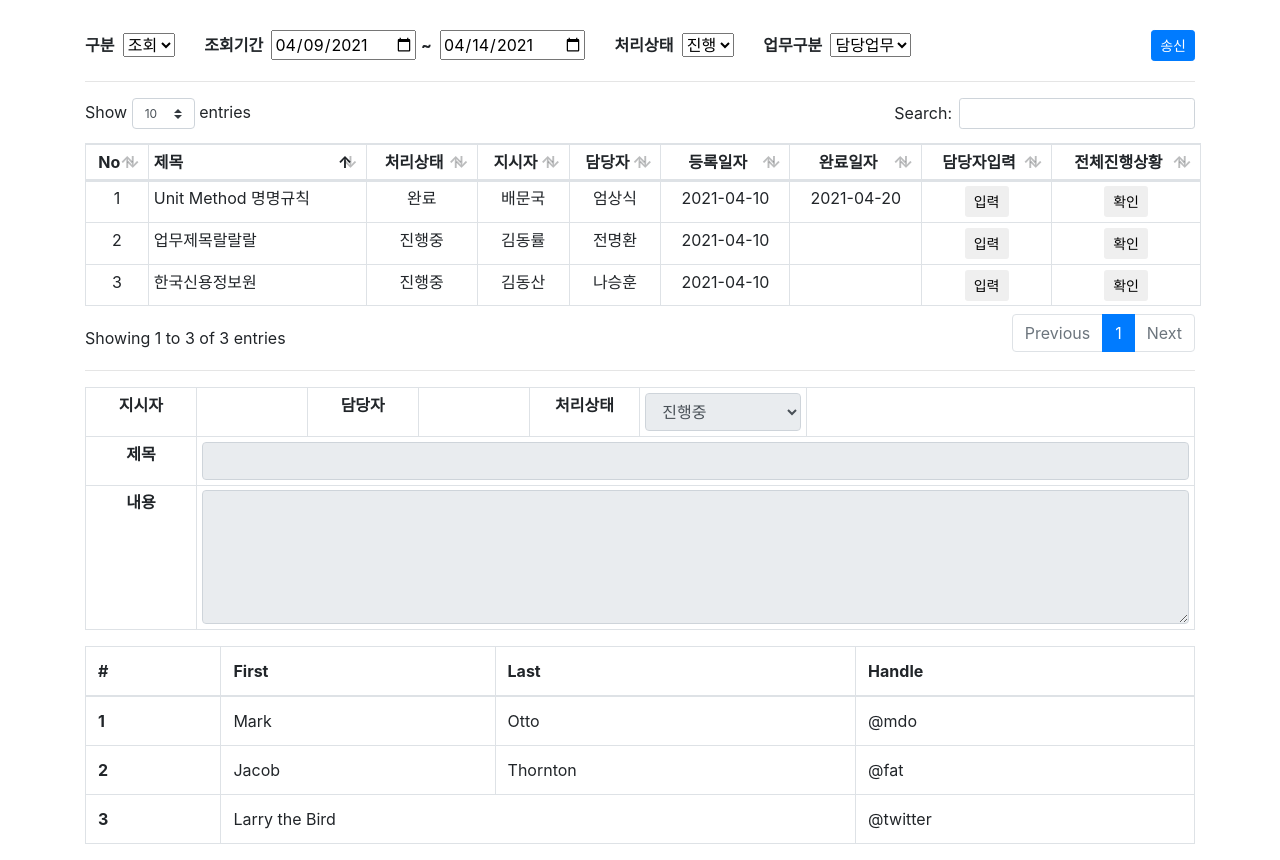
Repository: jungtaeyong/FSB_Project
Page: http://localhost/FsbJobMgt/main.jsp
The author's editor kept a copy of each file at every save. The page is drawn from the files as they stood at one save, then again after the next save.
The browser window is 1280 px wide. The pictures show the whole page.
The page is served by Tomcat 9.

Above is the page before, as saved 2021-04-16 03:39:10.

### FsbJobMgt/WebContent/main.jsp
<%@ page language="java" contentType="text/html; charset=EUC-KR" pageEncoding="EUC-KR"%>
<%@ include file="/modal1_Adding.jsp" %>

<!DOCTYPE html PUBLIC "-//W3C//DTD HTML 4.01 Transitional//EN" "http://www.w3.org/TR/html4/loose.dtd">
<html>
<head>
<meta http-equiv="Content-Type" content="text/html; charset=EUC-KR">
<title>업무 관리</title>
</head>
<body>
<!-- jquery  -->
<script type="text/javascript" src="js/jquery-3.6.0.min.js"></script>

<!-- bootstrap -->
<link rel="stylesheet" type="text/css" href="lib/Bootstrap-4-4.1.1/css/bootstrap.min.css"/>
<script type="text/javascript" src="lib/Bootstrap-4-4.1.1/js/bootstrap.min.js"></script>

<!-- datatables -->
<link rel="stylesheet" type="text/css" href="lib/DataTables-1.10.24/css/dataTables.bootstrap4.min.css"/>
<script type="text/javascript" src="lib/DataTables-1.10.24/js/jquery.dataTables.min.js"></script>
<script type="text/javascript" src="lib/DataTables-1.10.24/js/dataTables.bootstrap4.min.js"></script>
<script>
$(document).ready(function() {
	/* 초기 조회 조건 세팅 */
	$('#REQUEST_TYPE').val('1'); //구분
	$('#BZWR_STS').val('01'); //처리상태
	$('#BZWR_DSTC').val('2'); //업무구분

	let befor7days= new Date();
	befor7days.setDate(befor7days.getDate()-5);
	document.getElementById('FROM_DATE').valueAsDate = befor7days; //FROM_DATE
	document.getElementById('TO_DATE').valueAsDate = new Date(); //TO_DATE

	/* 테이블 초기 로딩 */
	setTable();

	/* 송신버튼 */
	$('#action_submit').click(function(){
		let dvcd = $('#REQUEST_TYPE').val();
		if(dvcd=='1'){
			alert('조회');
			setTable();
		}else if(dvcd=='2'){
			alert('등록');
			createNewJob();
		}else if(dvcd=='3'){
			alert('변경');
			updateJob();
		}
	});

	/* 구분 변경 이벤트 처리 */
	$('#REQUEST_TYPE').change(function() {
		let dvcd = $('#REQUEST_TYPE').val();
		if(dvcd=='1'){
			$('#BZWR_EXC_CHGR_BTN').hide();
			$('#BZWR_STS_2').attr("disabled",true);
			$('#BZWR_TTL').attr("disabled",true);
			$('#BZWR_CNTN').attr("disabled",true);
		}else if(dvcd=='2'){
			$('#BZWR_INDC_CHGR').text('로그인 유저');
			$('#BZWR_EXC_CHGR').text('');
			$('#BZWR_EXC_CHGR_BTN').show();
			$('#BZWR_STS_2').attr("disabled",true);
			$('#BZWR_TTL').val("");
			$('#BZWR_CNTN').val("");
			$('#BZWR_TTL').removeAttr("disabled");
			$('#BZWR_CNTN').removeAttr("disabled");
		}else if(dvcd=='3'){
			$('#BZWR_EXC_CHGR_BTN').show();
			$('#BZWR_STS_2').removeAttr("disabled");
			$('#BZWR_TTL').removeAttr("disabled");
			$('#BZWR_CNTN').removeAttr("disabled");
			alert('변경할 데이터를 선택해주세요.');
		}
	});

} );

/* 테이블 데이터 로딩 및 기능 세팅 */
function setTable(){
	/* 테이블 데이터 로딩 */
	let jobList = $('#job_list').DataTable( {
        ajax : {
        	url : 'lib/testJson2.json',
        	data : {
        		REQUEST_TYPE:$('#REQUEST_TYPE').val(),
        		FROM_DATE:$('#FROM_DATE').val(),
        		TO_DATE:$('#TO_DATE').val(),
        		BZWR_STS:$('#BZWR_STS').val(),
        		BZWR_DSTC:$('#BZWR_DSTC').val()
        	}
        },
        columns : [
			{data: null },
			{data: "BZWR_TTL" },
            {data: "BZWR_STS", render : function ( data, type, row, meta ) {
            	if(data=="01"){
            		return '진행중';
            	}else if(data=="02"){
            		return '완료';
            	}
            }},
            {data: "BZWR_INDC_CHGR_TXT" },
            {data: "BZWR_EXC_CHGR_TXT" },
            {data: "BZWR_REG_DT" },
            {data: "BZWR_CMPL_DT" },
            {data: null , render : function ( data, type, row, meta ) {
                return '<button name="first_btn" class="btn btn-sm btn-default">입력</button>'
            }},
            {data: null , render : function ( data, type, row, meta ) {
                return '<button name="second_btn" class="btn btn-sm btn-default">확인</button>'
            }}
        ],
        columnDefs: [{ className: 'text-center', targets: [0,2,3,4,5,6,7,8] }],
        order: [[ 1, 'asc' ]]
    } );

	/* 테이블 Index 생성을 위한 함수 */
	jobList.on( 'order.dt search.dt', function () {
		jobList.column(0, {search:'applied', order:'applied'}).nodes().each( function (cell, i) {
            cell.innerHTML = i+1;
        } );
    } ).draw();

	/* 테이블 클릭 이벤트  -> 클릭한 row에 해당하는 데이터를 상세 정보에 보여줌*/
	$('#job_list tbody').on('click', 'td:nth-child(-n+7)', function () {
		let data = jobList.row( this ).data();
        console.log('Table Click Event',data);

		if($('#REQUEST_TYPE').val()!='2'){ //"구분-등록" 상태면 반응 없음.
	        $('#BZWR_INDC_CHGR').text(data.BZWR_INDC_CHGR_TXT); //지시자
	        $('#BZWR_EXC_CHGR').text(data.BZWR_EXC_CHGR_TXT); //담당자
	        $('#BZWR_STS_2').val(data.BZWR_STS); //처리상태(업무상태)
	        $('#BZWR_TTL').val(data.BZWR_TTL); //제목
	        $('#BZWR_CNTN').val(data.BZWR_CNTN); //내용
	        if($('#REQUEST_TYPE').val()=='1' || data.BZWR_STS=='02'){
	        	$('#BZWR_EXC_CHGR_BTN').hide();
				$('#BZWR_STS_2').attr("disabled",true);
				$('#BZWR_TTL').attr("disabled",true);
				$('#BZWR_CNTN').attr("disabled",true);
	        }else{
	        	$('#BZWR_EXC_CHGR_BTN').show();
				$('#BZWR_STS_2').removeAttr("disabled");
				$('#BZWR_TTL').removeAttr("disabled");
				$('#BZWR_CNTN').removeAttr("disabled");
	        }
		}
    } );

	/* 선택된  row 하이라이트 */
	$('#job_list tbody').on('click', 'tr', function() {
		$('#job_list tbody > tr').css('background-color','#ffffff');
		$(this).css('background-color','#f0f5f5');
	});

	/* 테이블 버튼 이벤트(담당자입력) */
	$('#job_list tbody').on( 'click', 'button[name="first_btn"]', function () {
        let data = jobList.row( $(this).parents('tr') ).data();
		//console.log("First Button",data);
		setData(data); //모달 페이지로 데이터를 전달하기 위한 함수
		$('#exampleModal').modal();
    } );

	/* 테이블 버튼 이벤트(전체진행상황) */
	$('#job_list tbody').on( 'click', 'button[name="second_btn"]', function () {
        let data = jobList.row( $(this).parents('tr') ).data();
		//console.log("Second Button",data);
        setData(data); //모달 페이지로 데이터를 전달하기 위한 함수
		$('#exampleModalCenter').modal();
    } );
}

/* 등록 */
function createNewJob(){
	$.ajax({
		url:'',
		dataType:'application/json',
		data : {
			REQUEST_TYPE:$('#REQUEST_TYPE').val(), //구분(조회,등록,변경)
			BZWR_DSTC:$('#BZWR_DSTC').val(), //업무구분
			BZWR_INDC_CHGR:'로그인 유저', //업무지시담당자
			BZWR_EXC_CHGR:'담당자', //업무수행담당자
			BZWR_STS:'1', //업무상태 (등록 시 진행으로 세팅)
			BZWR_TTL:$('#BZWR_TTL').val(), //업무제목
			BZWR_CNTN:$('#BZWR_CNTN').val() //업무내용
		},
		success:function(data){
			alert('등록 되었습니다.');
	   }
	})
}

/* 변경 */
function updateJob(){
	$.ajax({
		url:'',
		dataType:'application/json',
		data : {
			REQUEST_TYPE:$('#REQUEST_TYPE').val(), //구분(조회,등록,변경)
			BZWR_DSTC:$('#BZWR_DSTC').val(), //업무구분
			BZWR_EXC_CHGR:'담당자', //업무수행담당자
			BZWR_STS:$('#BZWR_STS_2').val(), //업무상태
			BZWR_TTL:$('#BZWR_TTL').val(), //업무제목
			BZWR_CNTN:$('#BZWR_CNTN').val() //업무내용
		},
		success:function(data){
			alert('변경 되었습니다.');
	   }
	})
}

</script>
<div class="container" style="margin-top:30px">
	<!-- 조회 조건 -->
	<div>
		<div>
			<label style="font-weight:bold;">구분&nbsp;</label>
			<select id="REQUEST_TYPE" style="margin-right:25px">
			    <option value="1">조회</option>
			    <option value="2">등록</option>
			    <option value="3">변경</option>
			</select>
			<label style="font-weight:bold">조회기간&nbsp;</label>
			<input type="date" id="FROM_DATE" style="width:145px" value=""/>
			<label style="font-weight:bold">~&nbsp;</label>
			<input type="date" id="TO_DATE" value=""  style="margin-right:25px;width:145px"/>
			<label style="font-weight:bold;">처리상태&nbsp;</label>
			<select id="BZWR_STS" style="margin-right:25px">
			    <option value="01">진행</option>
			    <option value="02">완료</option>
			    <option value="03">전체</option>
			</select>
			<label style="font-weight:bold;">업무구분&nbsp;</label>
			<select id="BZWR_DSTC">
			    <option value="1">지시업무</option>
			    <option value="2">담당업무</option>
			</select>
			<input type='button' id="action_submit" class="btn btn-sm btn-primary" style="float:right" value='송신'/>
		</div>
	</div>
	<hr/>
	<!-- 목록 -->
	<div>
		<table id="job_list" class="table table-sm table-bordered">
	        <thead>
	            <tr>
	            	<th>No</th>
	                <th>제목</th>
	                <th>처리상태</th>
	                <th>지시자</th>
	                <th>담당자</th>
	                <th>등록일자</th>
	                <th>완료일자</th>
	                <th>담당자입력</th>
	                <th>전체진행상황</th>
	            </tr>
	        </thead>
	    </table>
	</div>
	<hr/>
	<!-- 상세 -->
	<div>
		<table class="table table-bordered table-sm display" style="text-align:center;">
			<tr>
				<th scope="col" width="10%">지시자</th>
				<td scope="col" id="BZWR_INDC_CHGR" width="10%"></td>
				<th scope="col" width="10%">담당자</th>
				<td scope="col" width="10%">
					<span id="BZWR_EXC_CHGR"></span>
					<button id="BZWR_EXC_CHGR_BTN" class="btn btn-sm btn-info" style="display:none">선택</button>
				</td>
				<th scope="col" width="10%">처리상태</th>
				<td scope="col" width="15%">
					<select id="BZWR_STS_2" class="form-control" disabled>
					    <option value="01">진행중</option>
					    <option value="02">완료</option>
					</select>
				</td>
				<td scope="col"></td>
			</tr>
			<tr>
				<th scope="row">제목</th><td colspan="6"><input type="text" id="BZWR_TTL" class="form-control input-sm" disabled/></td>
			</tr>
			<tr>
				<th scope="row">내용</th><td colspan="6"><textarea ID="BZWR_CNTN" class="form-control input-sm" rows="5" disabled></textarea></td>
			</tr>
		</table>
	</div>

	<div>
	<table class="table table-bordered">
  <thead>
    <tr>
      <th scope="col">#</th>
      <th scope="col">First</th>
      <th scope="col">Last</th>
      <th scope="col">Handle</th>
    </tr>
  </thead>
  <tbody>
    <tr>
      <th scope="row">1</th>
      <td>Mark</td>
      <td>Otto</td>
      <td>@mdo</td>
    </tr>
    <tr>
      <th scope="row">2</th>
      <td>Jacob</td>
      <td>Thornton</td>
      <td>@fat</td>
    </tr>
    <tr>
      <th scope="row">3</th>
      <td colspan="2">Larry the Bird</td>
      <td>@twitter</td>
    </tr>
  </tbody>
</table>
	</div>
</div>
</body>
</html>

### FsbJobMgt/WebContent/modal1_Adding.jsp
<%@ page language="java" contentType="text/html; charset=EUC-KR"
    pageEncoding="EUC-KR"%>
<!DOCTYPE html>

<html lang="en">
  <head>
    <!-- Required meta tags -->
    <meta charset="utf-8">
    <meta name="viewport" content="width=device-width, initial-scale=1, shrink-to-fit=no">

	<!-- jquery  -->
	<script type="text/javascript" src="js/jquery-3.6.0.min.js"></script>

	<!-- bootstrap -->
	<link rel="stylesheet" type="text/css" href="lib/Bootstrap-4-4.1.1/css/bootstrap.min.css"/>
	<script type="text/javascript" src="lib/Bootstrap-4-4.1.1/js/bootstrap.min.js"></script>




<!--     드롭다운 style -->
    <style>
	.dropbtn {
	  background-color: #4CAF50;
	  color: white;
	  padding: 16px;
	  font-size: 16px;
	  border: none;
	}

	.dropdown {
	  position: relative;
	  display: inline-block;
	}

	.dropdown-content {
	  display: none;
	  position: absolute;
	  background-color: #f1f1f1;
	  min-width: 160px;
	  box-shadow: 0px 8px 16px 0px rgba(0,0,0,0.2);
	  z-index: 1;
	}

	.dropdown-content a {
	  color: black;
	  padding: 12px 16px;
	  text-decoration: none;
	  display: block;
	}

	.dropdown-content a:hover {background-color: #ddd;}

	.dropdown:hover .dropdown-content {display: block;}

	.dropdown:hover .dropbtn {background-color: #3e8e41;}
	</style>

  </head>
  <script>
	function setData(data){
		let dataObjFromMain; //dataObjFromMain.JOB_CD 처럼 접근해서 사용.
		dataObjFromMain=data;
		console.log('dataObjFromMain',dataObjFromMain); //확인용

		/* 여기에 DB에 데이터 요청하고 받아오고 view에 적용하는 로직 작성 */
	}
  </script>
  <body>
    <!--
    <h1>In Page</h1>
	<button type="button" class="btn btn-primary" data-toggle="modal" data-target="#exampleModal" data-whatever="@mdo">담당자 추가</button>
	-->


	<!-- 	### 담당자 추가 -->
	<div class="modal fade" id="exampleModal" tabindex="-1" role="dialog" aria-labelledby="exampleModalLabel" aria-hidden="true">
	  <div class="modal-dialog" role="document">
	    <div class="modal-content">
	      <div class="modal-header">
	        <h5 class="modal-title" id="exampleModalLabel">담당자 추가</h5>
	        <button type="button" class="close" data-dismiss="modal" aria-label="Close">
	          <span aria-hidden="true">&times;</span>
	        </button>
	      </div>

	      <div class="modal-body">
		    <b>최초 지시자&emsp;</b> <em>OOO</em>
		    &emsp;&emsp;&emsp;&emsp;&emsp;
		    <b>현재 담당자&emsp;</b> <em>OOO</em>

	     	<br/><br/>

			<table>
				<tr><!--행(row)선언-->
	                <th><b>추가 담당자</b></th>


	                	<!-- <input type="text" name = "UserID" value="" placeholder = "담당자 입력" style="width:100px; right:30%;"/> -->
	                	<!-- <input type="text" class="form-control" id="recipient-name" style="width:100px; padding-left:10px"> -->
	                	<td>
	                	&emsp;
	                		<select name="solar_birth_yn" id="solar_birth_yn">
		                		<option value="none">부 서</option>
		 				       	<option value="1">IT</option>
					       	 	<option value="2">일반본부</option>
					   		</select>
					   	&emsp;
					   		<select name="solar_birth_yn" id="solar_birth_yn">
		                		<option value="none">팀</option>
		 				       	<option value="1">계정운영팀</option>
					       	 	<option value="2">계정개발팀</option>
					   		</select>
					   	&emsp;
					   		<select name="solar_birth_yn" id="solar_birth_yn">
		                		<option value="none">사원</option>
		 				       	<option value="1">홍길동</option>
					       	 	<option value="2">김동율</option>
					   		</select>
					    </td>

	                <!-- <th rowspan="2"><input type="submit" value="로그인"/></th> -->
        	    </tr>
			</table>


			<hr>

	        <form>
	          <div class="form-group">
	            <label for="recipient-name" class="col-form-label">제 목</label>
	            <input type="text" class="form-control" id="recipient-name">
	          </div>
	          <div class="form-group">
	            <label for="message-text" class="col-form-label">내 용</label>
	            <textarea class="form-control" id="message-text" style="height:100px"></textarea>
	          </div>
	        </form>
	      </div>

	      <div class="modal-footer">
	        <button type="button" class="btn btn-secondary" data-dismiss="modal">닫기</button>
	        <button type="button" class="btn btn-primary">등록</button>
	      </div>
	    </div>
	  </div>
	</div>

	<!-- 	### 지시현황 체크 -->
		<!-- Button trigger modal -->
	<!--
	<button type="button" class="btn btn-primary" data-toggle="modal" data-target="#exampleModalCenter">
	  지시현황
	</button>
	-->

	<!-- Modal -->
	<div class="modal fade" id="exampleModalCenter" tabindex="-1" role="dialog" aria-labelledby="exampleModalCenterTitle" aria-hidden="true">
	  <div class="modal-dialog modal-dialog-centered" role="document">
	    <div class="modal-content">
	      <div class="modal-header">
	        <h5 class="modal-title" id="exampleModalCenterTitle">지시현황</h5>
	        <button type="button" class="close" data-dismiss="modal" aria-label="Close">
	          <span aria-hidden="true">&times;</span>
	        </button>
	      </div>

	      <div class="modal-body">
		     <table class="table">
				 <thead>
				   <tr>
				      <th>지시자</th>
				      <th>담당자</th>
				      <th>처리 상태</th>
   				      <th>지시 일자</th>
				   </tr>
				 </thead>
				 <tbody>
				   <tr>
				      <td>John</td>
				      <td>Doe</td>
				      <td>진행중</td>
				      <td>2021.03.01</td>
				   </tr>
				   <tr>
				      <td>Doe</td>
				      <td>Moe</td>
				      <td>진행중</td>
   				      <td>2021.04.02</td>
				   </tr>
				   <tr>
				      <td>Moe</td>
				      <td>Ryul</td>
				      <td>완료</td>
				      <td>2021.04.10</td>
				   </tr>
				 </tbody>
			</table>
	      </div>

	      <div class="modal-footer">
	        <button type="button" class="btn btn-secondary" data-dismiss="modal">닫기</button>
	      </div>
	    </div>
	  </div>
</div>




 </body>
</html>

### FsbJobMgt/WebContent/lib/testJson2.json
{
  "data": [
    {
      "BZWR_DSTC": "1",
      "JOB_CD": "20210410123456",
      "SQNO": "1",
      "BZWR_STS": "01",
      "BZWR_REG_DT": "2021-04-10",
      "BZWR_CMPL_DT": "",
      "BZWR_INDC_CHGR": "221001",
      "BZWR_INDC_CHGR_TXT": "김동률",
      "BZWR_EXC_CHGR":"221002",
      "BZWR_EXC_CHGR_TXT":"전명환",
      "BZWR_TTL":"업무제목랄랄랄",
      "BZWR_CNTN":"업무내용호롤롤롤"
    },
    {
      "BZWR_DSTC": "1",
      "JOB_CD": "20210410153215",
      "SQNO": "2",
      "BZWR_STS": "01",
      "BZWR_REG_DT": "2021-04-10",
      "BZWR_CMPL_DT": "",
      "BZWR_INDC_CHGR": "221001",
      "BZWR_INDC_CHGR_TXT": "김동산",
      "BZWR_EXC_CHGR":"221002",
      "BZWR_EXC_CHGR_TXT":"나승훈",
      "BZWR_TTL":"한국신용정보원",
      "BZWR_CNTN":"일반신용정보관리규약 실무 해설"
    },
    {
      "BZWR_DSTC": "1",
      "JOB_CD": "20210410095031",
      "SQNO": "3",
      "BZWR_STS": "02",
      "BZWR_REG_DT": "2021-04-10",
      "BZWR_CMPL_DT": "2021-04-20",
      "BZWR_INDC_CHGR": "221001",
      "BZWR_INDC_CHGR_TXT": "배문국",
      "BZWR_EXC_CHGR":"221002",
      "BZWR_EXC_CHGR_TXT":"엄상식",
      "BZWR_TTL":"Unit Method 명명규칙",
      "BZWR_CNTN":"피대문자 어플리케이션코드 세자리 대문자 업무구분코드"
    }
 ]
}

Loaded but not shown: FsbJobMgt/WebContent/js/jquery-3.6.0.min.js (library); FsbJobMgt/WebContent/lib/Bootstrap-4-4.1.1/css/bootstrap.min.css (library); FsbJobMgt/WebContent/lib/Bootstrap-4-4.1.1/js/bootstrap.min.js (library); FsbJobMgt/WebContent/lib/DataTables-1.10.24/css/dataTables.bootstrap4.min.css (library); FsbJobMgt/WebContent/lib/DataTables-1.10.24/js/jquery.dataTables.min.js (library); FsbJobMgt/WebContent/lib/DataTables-1.10.24/js/dataTables.bootstrap4.min.js (library)

After the next save:
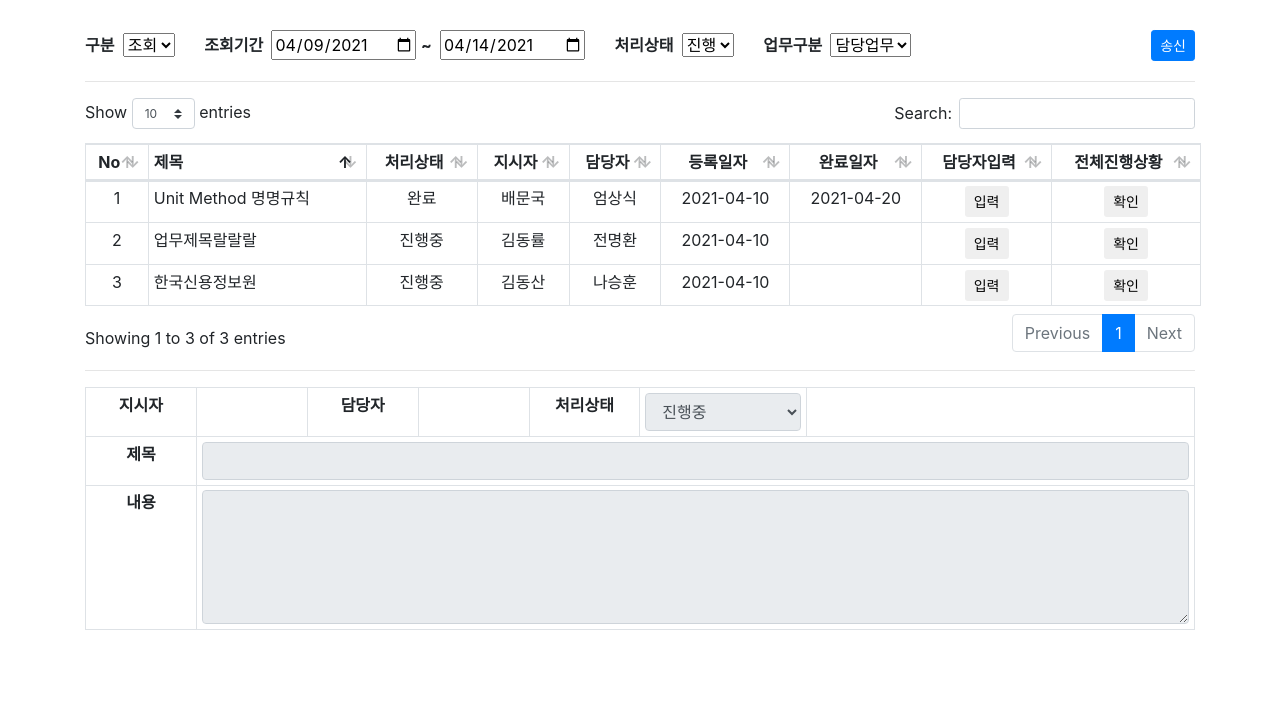
Saved 90 s later.
--- a/FsbJobMgt/WebContent/main.jsp
+++ b/FsbJobMgt/WebContent/main.jsp
@@ -287,38 +287,6 @@ function updateJob(){
 			</tr>
 		</table>
 	</div>
-
-	<div>
-	<table class="table table-bordered">
-  <thead>
-    <tr>
-      <th scope="col">#</th>
-      <th scope="col">First</th>
-      <th scope="col">Last</th>
-      <th scope="col">Handle</th>
-    </tr>
-  </thead>
-  <tbody>
-    <tr>
-      <th scope="row">1</th>
-      <td>Mark</td>
-      <td>Otto</td>
-      <td>@mdo</td>
-    </tr>
-    <tr>
-      <th scope="row">2</th>
-      <td>Jacob</td>
-      <td>Thornton</td>
-      <td>@fat</td>
-    </tr>
-    <tr>
-      <th scope="row">3</th>
-      <td colspan="2">Larry the Bird</td>
-      <td>@twitter</td>
-    </tr>
-  </tbody>
-</table>
-	</div>
 </div>
 </body>
 </html>
